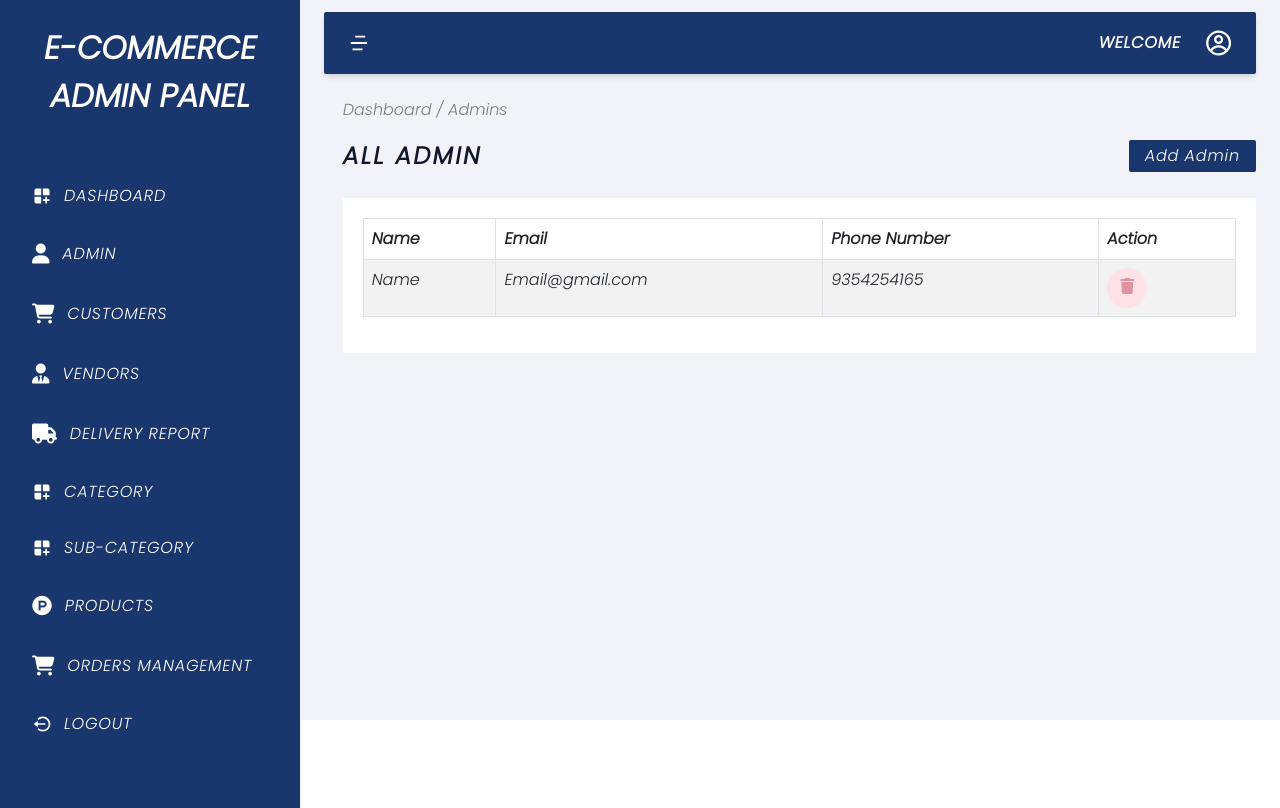
Repository: FlyweisReact/Hariom-Admin-Panel
Page: /E-Commerce/Admin
These files come from the project's save history. The page is drawn as it stood at one moment and after the next save; the edit follows.
The browser window is 1280 px wide. The pictures show the whole page.
Some web libraries are served in a nearby version. The project was rebuilt for these pictures with package versions that can differ from the ones it lists, and the page was loaded fresh each time. Also part of the build but not shown: src/vendorPanel/forms/VendorLogin.jsx, src/vendorPanel/layout/Navbar.jsx, src/vendorPanel/layout/Sidebar.jsx, src/vendorPanel/layout/HOC.jsx, src/vendorPanel/pages/AdminDiscount.js, src/vendorPanel/pages/AdminReview.js, src/vendorPanel/pages/Astrologers.js, src/vendorPanel/pages/Banners.js and 32 more.

Above is the page before, as saved 2023-04-26 18:53:17.

After the next save:
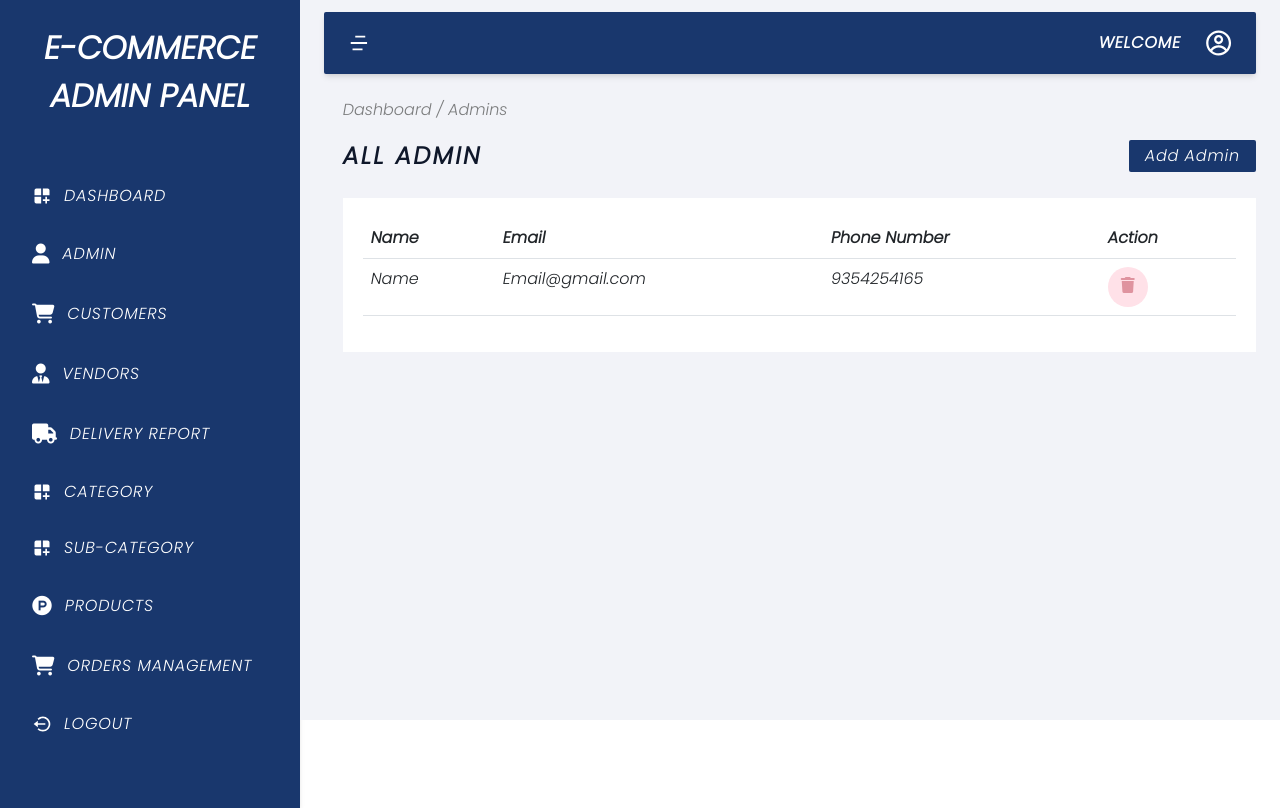
Saved 11 s later.
--- a/src/E-CommerceAdmin/pages/EAdmin.js
+++ b/src/E-CommerceAdmin/pages/EAdmin.js
@@ -81,7 +81,7 @@ const EAdmin = () => {
 
 
       <div style={{ width: "100%", overflow: "auto" }}>
-        <Table striped bordered hover>
+        <Table >
           <thead>
             <tr>
               <th>Name</th>
